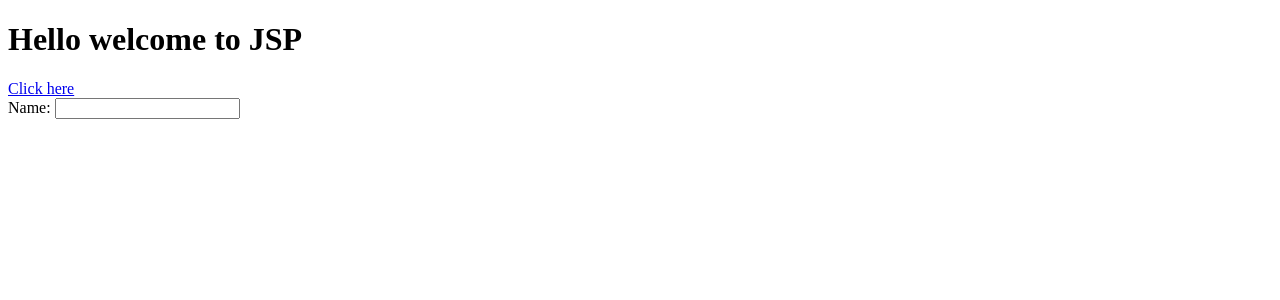
Repository: gauravrathod802/Java-Servlet
Page: http://localhost/MyFirstProject/
An editor plug-in stored every save of this project. The page is shown before and after the next save, followed by the edit.
The browser window is 1280 px wide. The pictures show the whole page.
The page is served by Tomcat 9. Other server files are loaded and not shown.

Above is the page before, as saved 2024-01-08 12:19:45.

### MyFirstProject/WebContent/index.jsp
<%@ page language="java" contentType="text/html; charset=ISO-8859-1"
    pageEncoding="ISO-8859-1"%>
<!DOCTYPE html>
<html>
<head>
<meta charset="ISO-8859-1">
<title>Java Servlet</title>
</head>
<body>
<h1>Hello welcome to JSP</h1>
<a href="MyServlet" >Click here</a>


<form>
<label>Name:</label>
<input type="text">
</form>
</body>
</html>

After the next save:
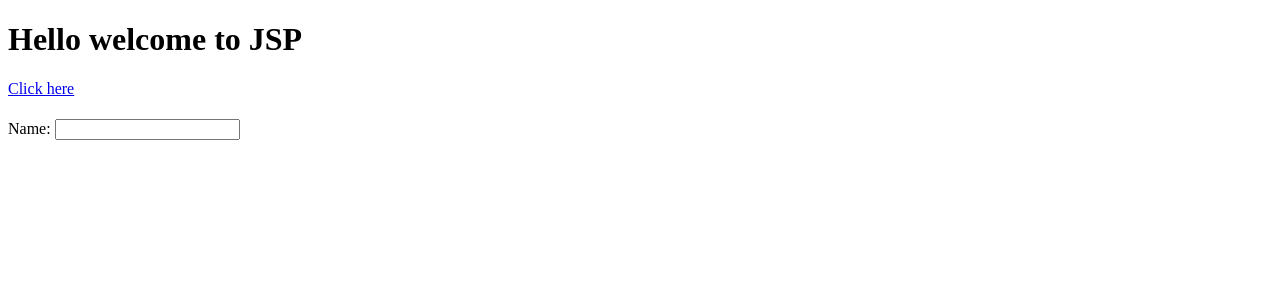
Saved 5 s later.
--- a/MyFirstProject/WebContent/index.jsp
+++ b/MyFirstProject/WebContent/index.jsp
@@ -10,7 +10,7 @@
 <h1>Hello welcome to JSP</h1>
 <a href="MyServlet" >Click here</a>
 
-
+<h1></h1>
 <form>
 <label>Name:</label>
 <input type="text">
